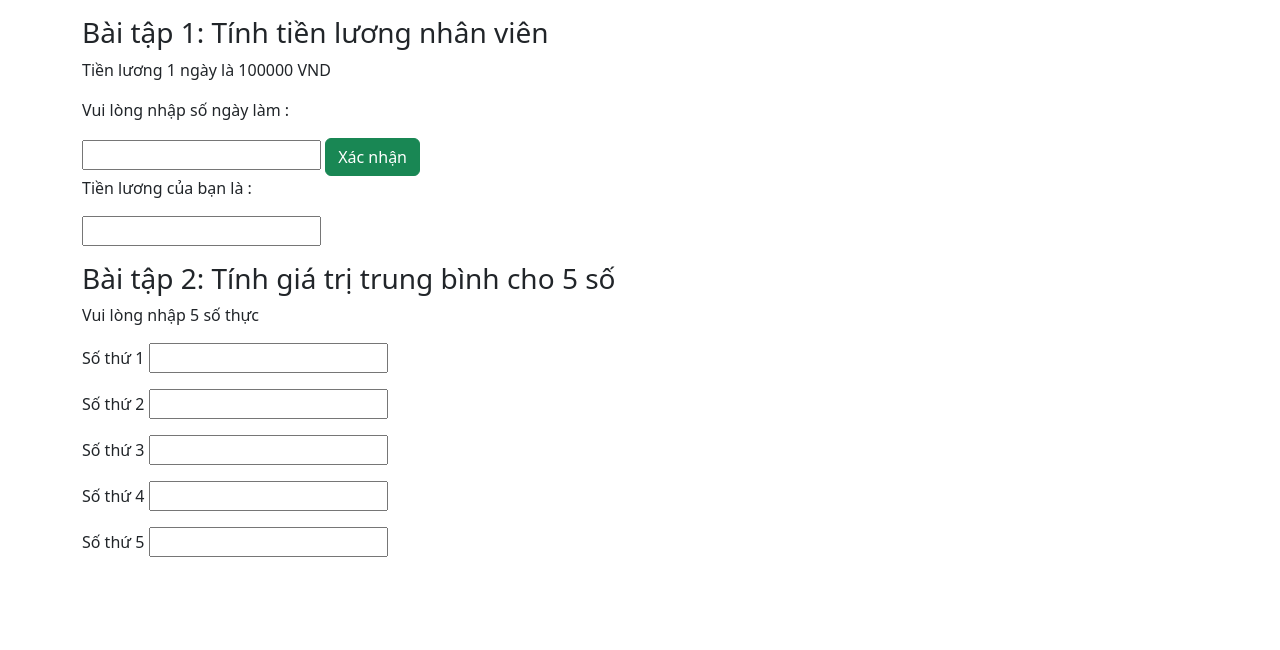
Repository: hcozyph/TranHuuPhuoc_BC43_BT_JS_Buoi2
Page: index.html
An editor plug-in stored every save of this project. The page is shown before and after the next save, followed by the edit.
The browser window is 1280 px wide. The pictures show the whole page.

Above is the page before, as saved 2023-01-21 21:38:01.

After the next save:
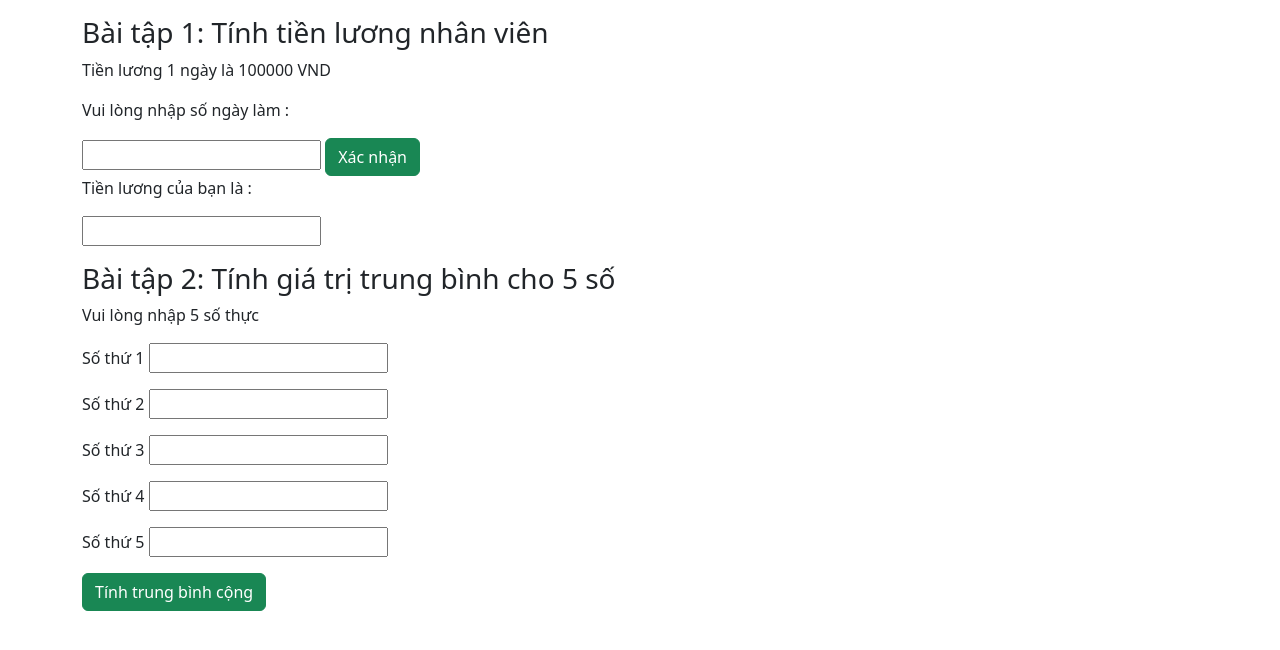
Saved 117 s later.
--- a/index.html
+++ b/index.html
@@ -59,6 +59,10 @@
                 <p>Số thứ 3 <input type="text" id="n3" /></p>
                 <p>Số thứ 4 <input type="text" id="n4" /></p>
                 <p>Số thứ 5 <input type="text" id="n5" /></p>
+
+                <button class="btn btn-success" id="btnAverage">
+                    Tính trung bình cộng
+                </button>
             </div>
         </div>
 
